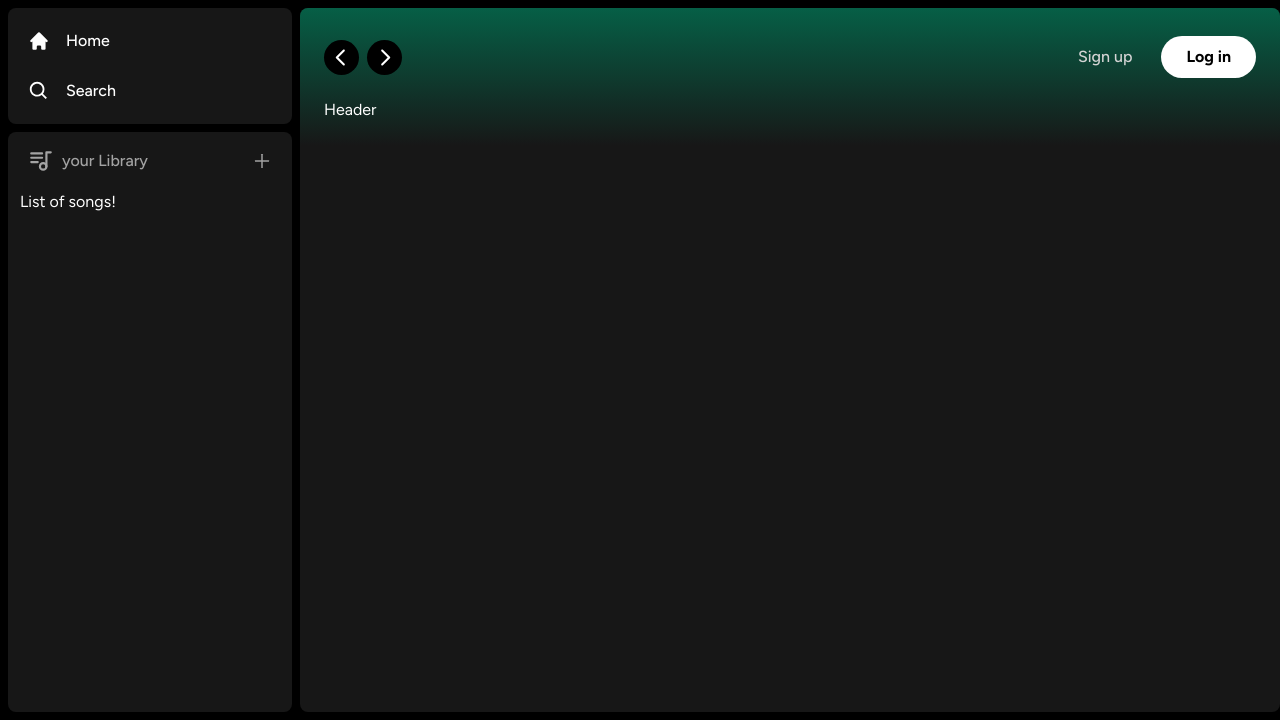
Repository: kjh4357/clone-spotify
Page: /
These files come from the project's save history. The page is drawn as it stood at one moment and after the next save; the edit follows.
The browser window is 1280 px wide. The pictures show the whole page.
The project was rebuilt for these pictures with package versions that can differ from the ones it lists, and the page was loaded fresh each time. The framework's server and built-in components were replaced by stand-ins that run in the browser. Also part of the build but not shown: next.config.mjs.

Above is the page before, as saved 2024-09-26 14:25:32.

After the next save:
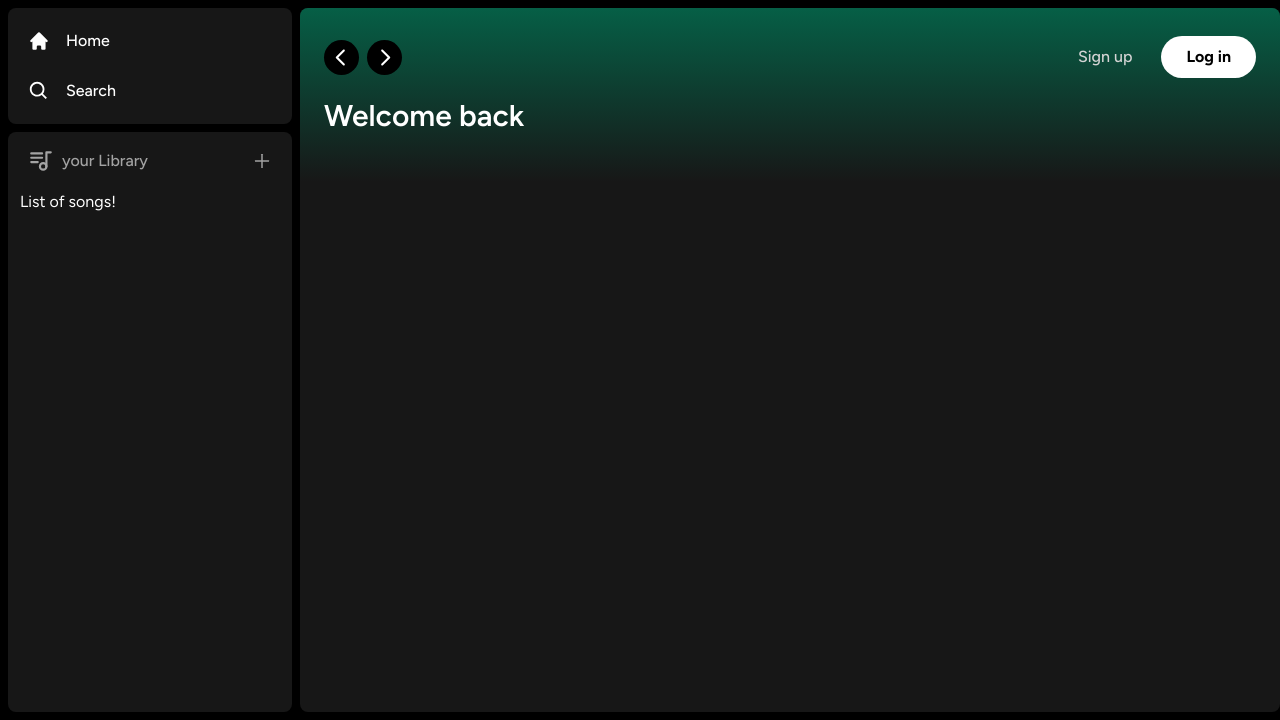
Saved 34 s later.
--- a/src/app/(site)/page.tsx
+++ b/src/app/(site)/page.tsx
@@ -3,7 +3,12 @@ import Header from '@/components/Header';
 export default function Home() {
   return (
     <div className='bg-neutral-900 rounded-lg h-full w-full overflow-hidden overflow-y-auto'>
-      <Header>Header</Header>
+      <Header>
+        <div className='mb-2'>
+          <h1 className='text-white text-3xl font-semibold'>Welcome back</h1>
+          <div className='grid grid-cols-1 sm:grid-cols-2 xl:grid-cols-3 2xl:grid-cols-4 gap-3 mt-4'></div>
+        </div>
+      </Header>
     </div>
   );
 }
